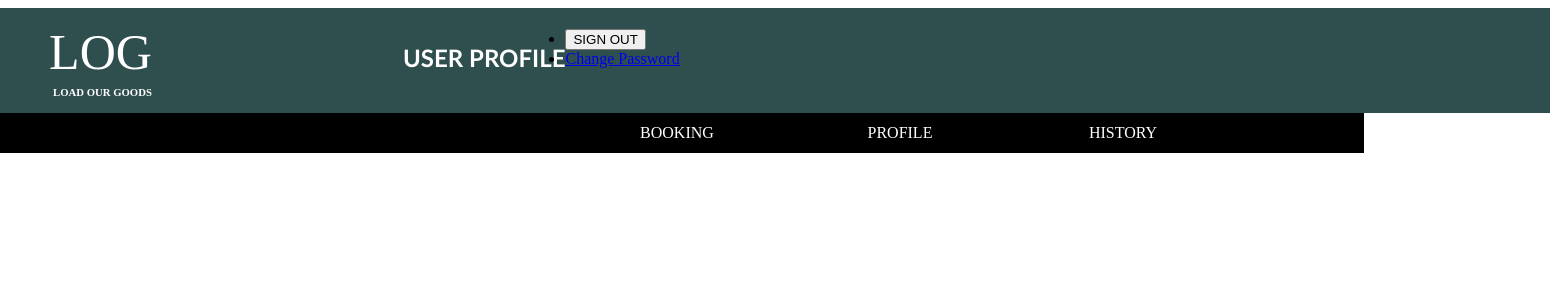
Repository: NAYAN9534/vehicle-booking-system
Page: http://localhost/minor/profile.jsp
The author's editor kept a copy of each file at every save. The page is drawn from the files as they stood at one save, then again after the next save.
The browser window is 1280 px wide. The page is 1550 px wide, so the pictures cover 1550 px, including what lies to the right of the window. The pictures show the whole page.
The page is served by Tomcat 9.

Above is the page before, as saved 2017-05-27 08:07:59.

After the next save:
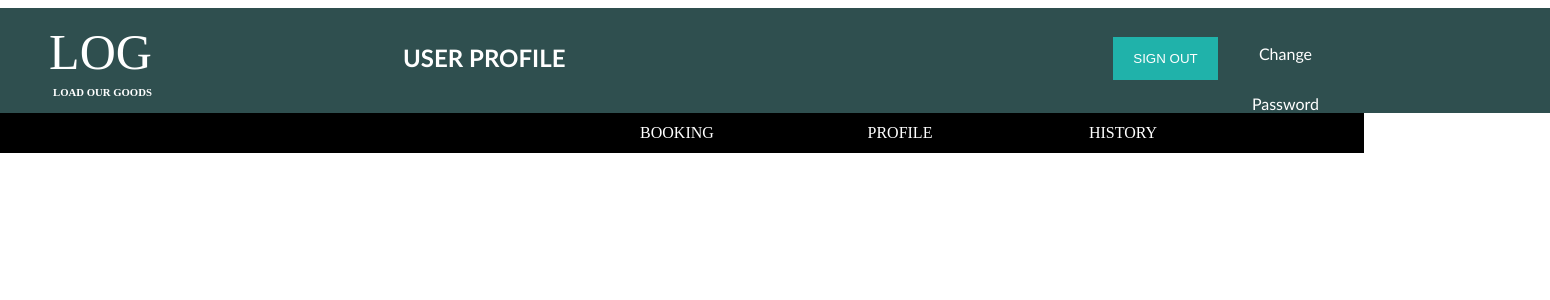
Saved 44 s later.
--- a/minor/WebContent/profile.jsp
+++ b/minor/WebContent/profile.jsp
@@ -192,9 +192,8 @@ width: 1366px;
 		<div id="mid_header">
 <h2>USER PROFILE</h2>
 </div>
-
+ <div id="right_header">
       <ul>
-      <div id="right_header">
       <li><a href="signout.jsp"><button style="width:auto;">SIGN OUT</button></a></li>
       <li><a href="change_pass.jsp">Change Password</a></li> </div>
       </ul>
